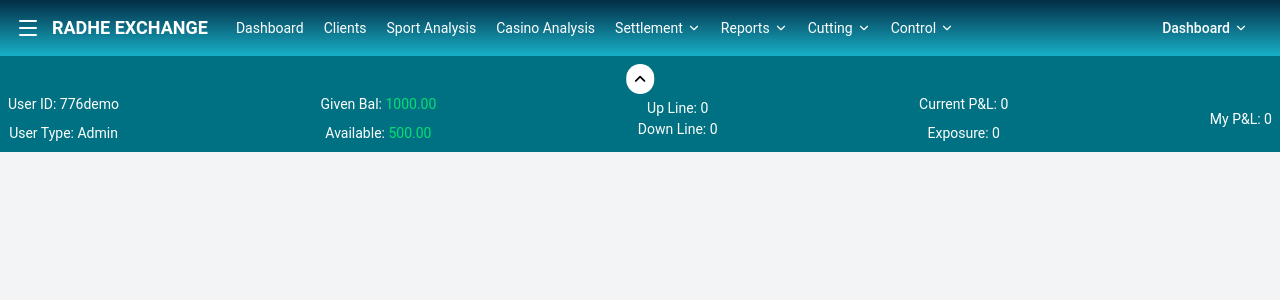
Repository: Habeebur1493/Radhe-Exchange
Page: /dashboard (app in frontend/), after clicking the first element matching `div.cursor-pointer`
These files come from the project's save history. The page is drawn as it stood at one moment and after the next save; the edit follows.
The browser window is 1280 px wide. The pictures show the whole page.
Some web libraries are served in a nearby version. The project was rebuilt for these pictures with package versions that can differ from the ones it lists, and the page was loaded fresh each time. Also part of the build but not shown: frontend/vite.config.js, frontend/src/components/login.jsx, frontend/src/components/Register.jsx.

Above is the page before, as saved 2025-03-04 11:19:26.

After the next save:
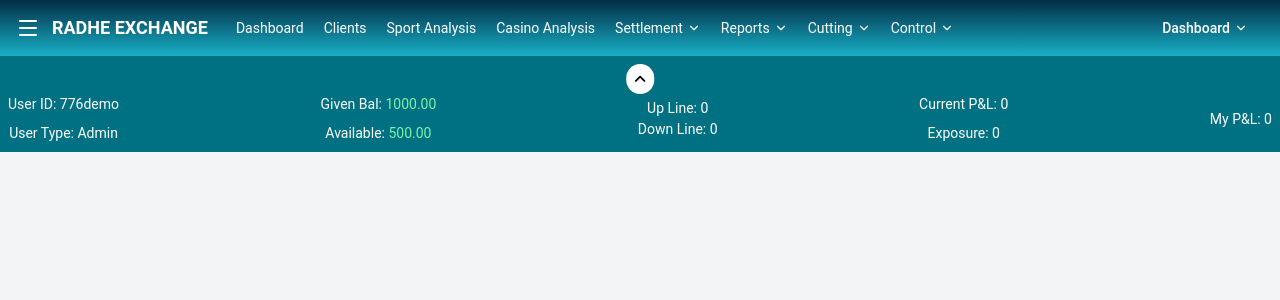
Saved 20 s later.
--- a/frontend/src/components/dashboard.jsx
+++ b/frontend/src/components/dashboard.jsx
@@ -237,8 +237,8 @@ const Dashboard = () => {
               </div>
 
               <div className="flex flex-col text-center gap-2">
-                <h4>Given Bal: <span className="text-green-400">1000.00</span></h4>
-                <h4>Available:  <span className="text-green-400">500.00</span></h4>
+                <h4>Given Bal: <span className="text-green-300">1000.00</span></h4>
+                <h4>Available:  <span className="text-green-300">500.00</span></h4>
               </div>
 
               <div className="flex flex-col text-center">
